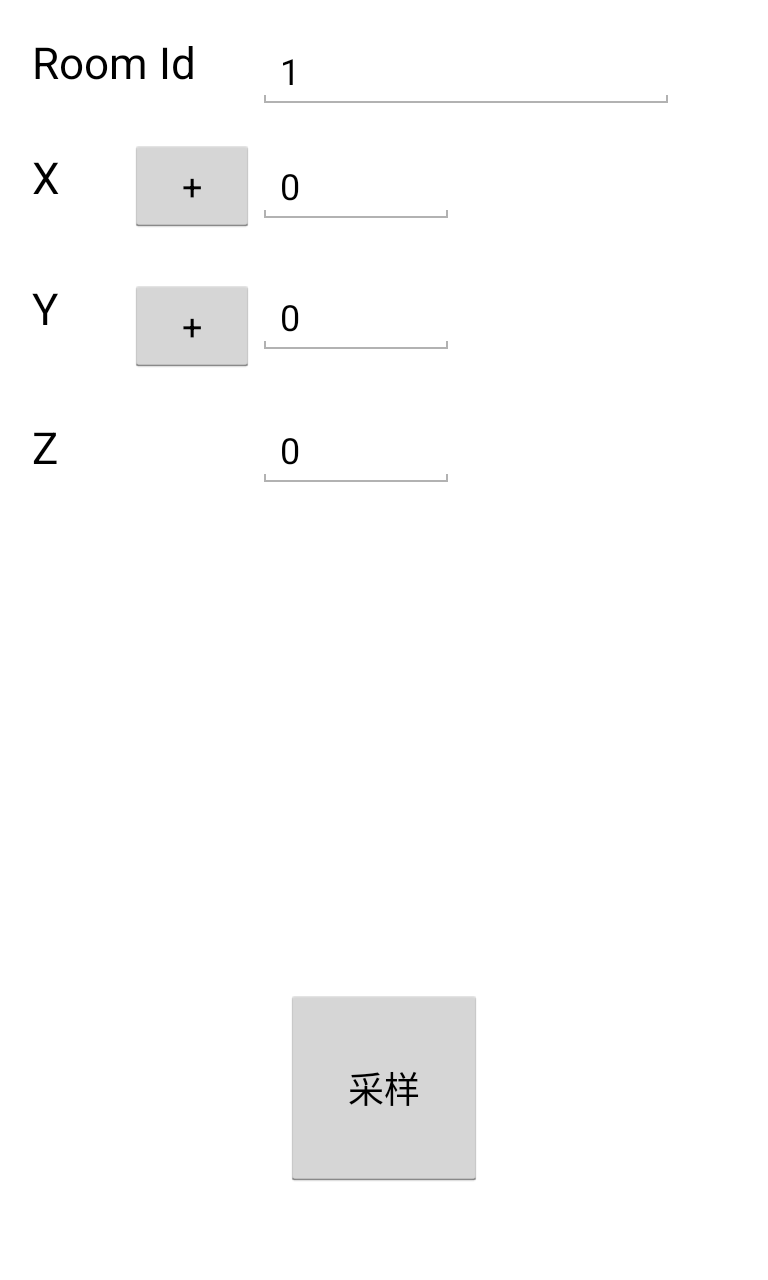
Repository: RenchuSong/tMap_Android
Layout: tmap_model_tool/res/layout/wifi_conllector.xml
An editor plug-in stored every save of this project. The layout is shown before and after the next save, followed by the edit.
It is drawn on a 768 x 1280 px phone screen (xhdpi) without system bars, with theme AppTheme; the app's code is not run.

Above is the layout before, as saved 2014-04-20 11:45:58.

After the next save:
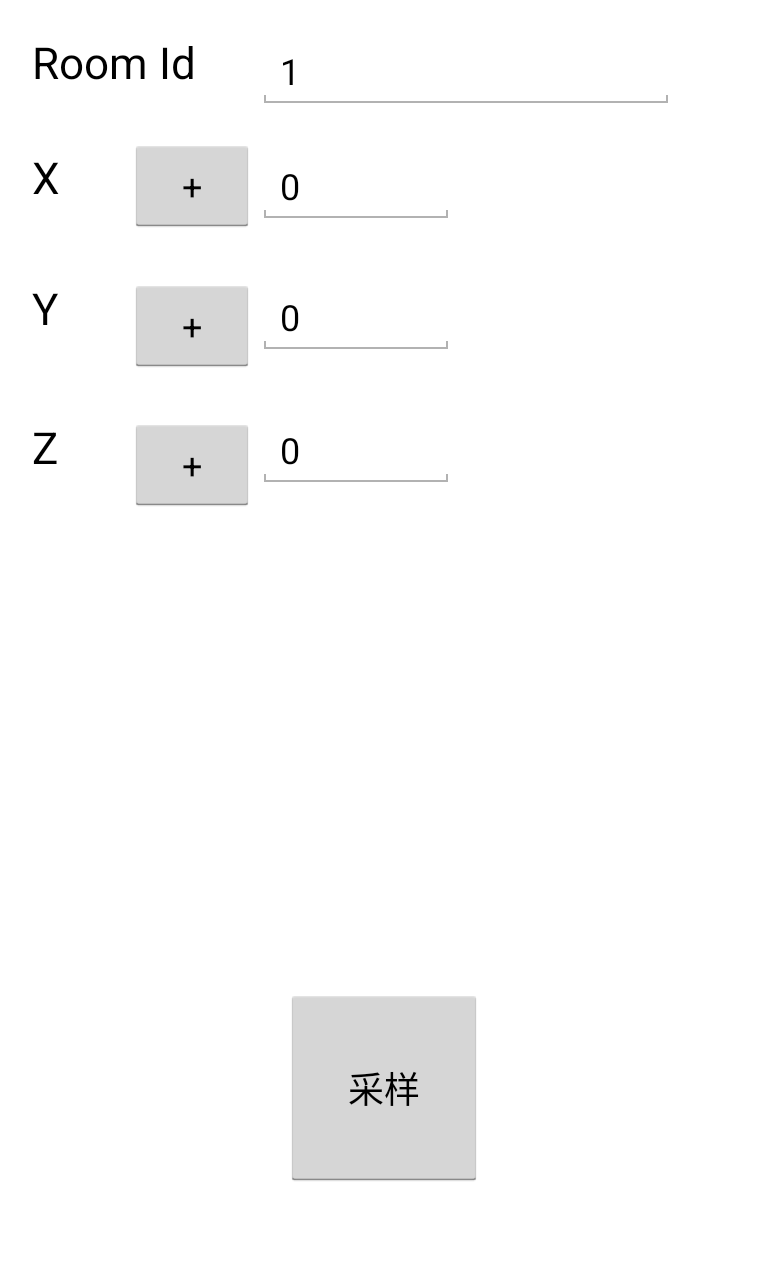
Saved 24 s later.
--- a/tmap_model_tool/res/layout/wifi_conllector.xml
+++ b/tmap_model_tool/res/layout/wifi_conllector.xml
@@ -114,4 +114,12 @@
         android:layout_alignTop="@+id/y"
         android:text="+" />
 
+    <Button
+        android:id="@+id/up_z"
+        android:layout_width="wrap_content"
+        android:layout_height="wrap_content"
+        android:layout_alignLeft="@+id/up_y"
+        android:layout_alignTop="@+id/textView4"
+        android:text="+" />
+
 </RelativeLayout>
